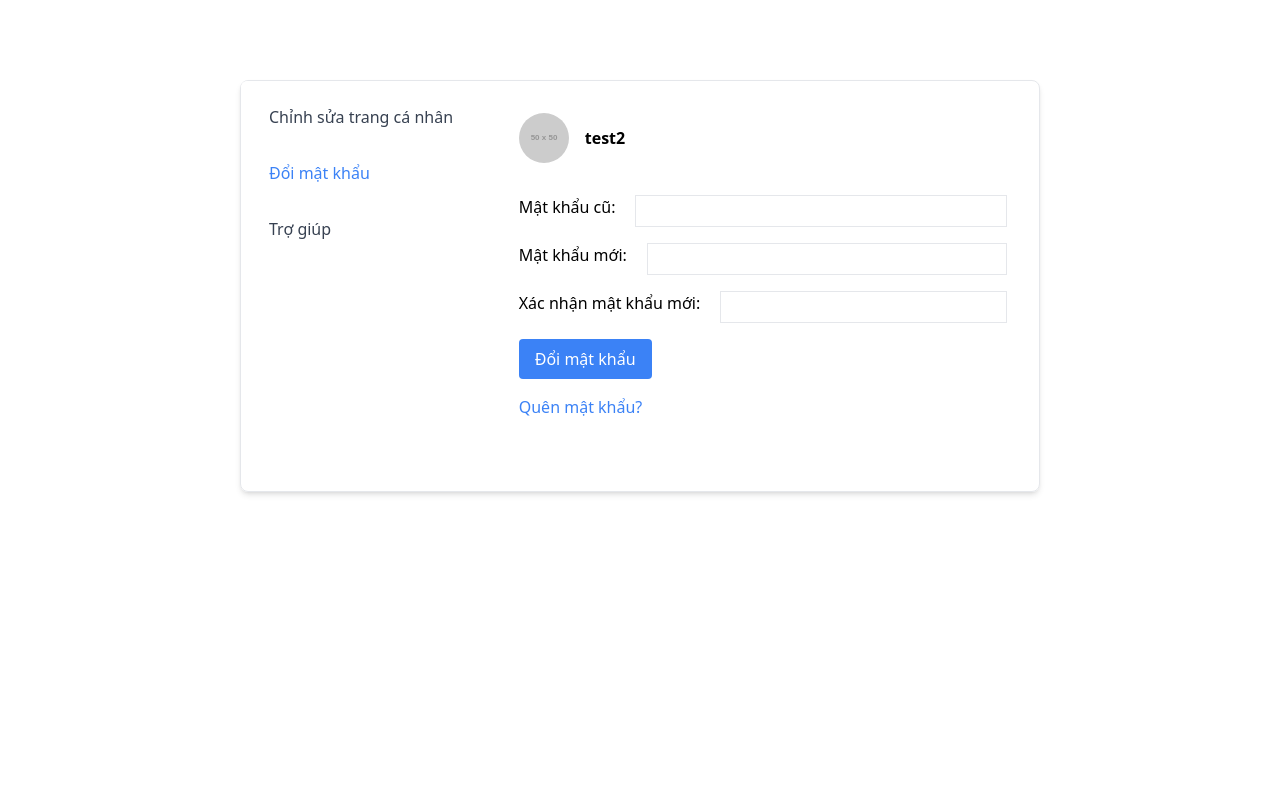
Repository: DangNgocDuong250903/2425_CS445AC_NHOM1
Page: /changepassword (app in social_fe/)
An editor plug-in stored every save of this project. The page is shown before and after the next save, followed by the edit.
The browser window is 1280 px wide. The pictures show the whole page.
The project was rebuilt for these pictures with package versions that can differ from the ones it lists, and the page was loaded fresh each time. Also part of the build but not shown: social_fe/vite.config.js, social_fe/src/components/Button/index.jsx, social_fe/src/assets/index.js, social_fe/src/components/FriendCard/index.jsx, social_fe/src/components/Loading/index.jsx, social_fe/src/components/PostCard/index.jsx, social_fe/src/components/ProfileCard/index.jsx, social_fe/src/components/TextInput/index.jsx and 9 more.

Above is the page before, as saved 2024-11-05 16:55:36.

After the next save:
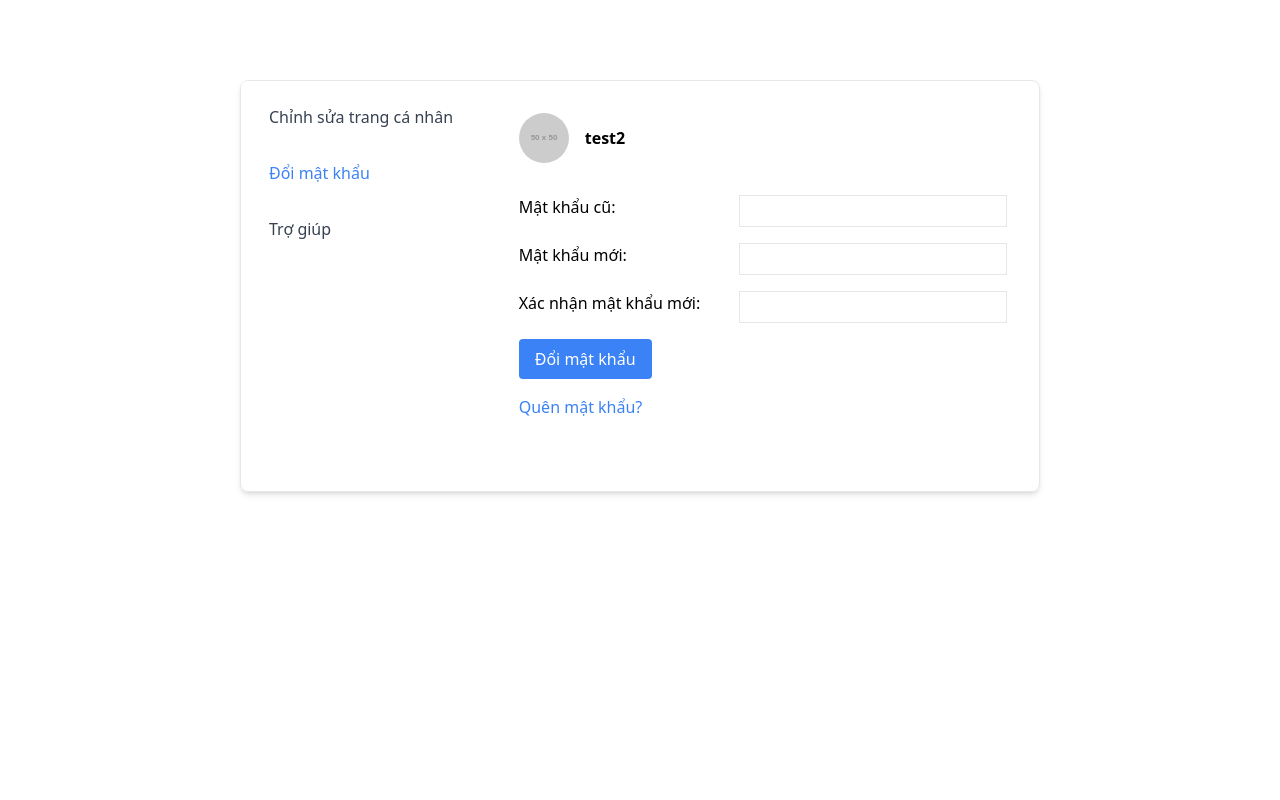
Saved 46 s later.
--- a/social_fe/src/pages/ProfilePage/ChangePassword.jsx
+++ b/social_fe/src/pages/ProfilePage/ChangePassword.jsx
@@ -44,17 +44,18 @@ const ChangePassword = () => {
                     <span className="font-bold">test2</span>
                 </div>
                 <div className="flex gap-5 mb-4">
-                    <label className="max-w-[200px] mb-2">Mật khẩu cũ:</label>
+                    <label className="w-[200px] mb-2">Mật khẩu cũ:</label>
                     <input type="password" className="flex-1 px-2 border" />
                 </div>
                 <div className="flex gap-5 mb-4">
-                    <label className="mb-2 max-w-[200px] ">Mật khẩu mới:</label>
+                    <label className="w-[200px] mb-2">Mật khẩu mới:</label>
                     <input type="password" className="flex-1 px-2 border" />
                 </div>
                 <div className="flex gap-5 mb-4">
-                    <label className="mb-2 max-w-[200px] ">Xác nhận mật khẩu mới:</label>
+                    <label className="w-[200px] mb-2">Xác nhận mật khẩu mới:</label>
                     <input type="password" className="flex-1 px-2 border" />
                 </div>
+
                 <button className="px-4 py-2 text-white bg-blue-500 rounded">Đổi mật khẩu</button>
                 <div className="mt-4">
                     <a href="#" className="text-blue-500">Quên mật khẩu?</a>
